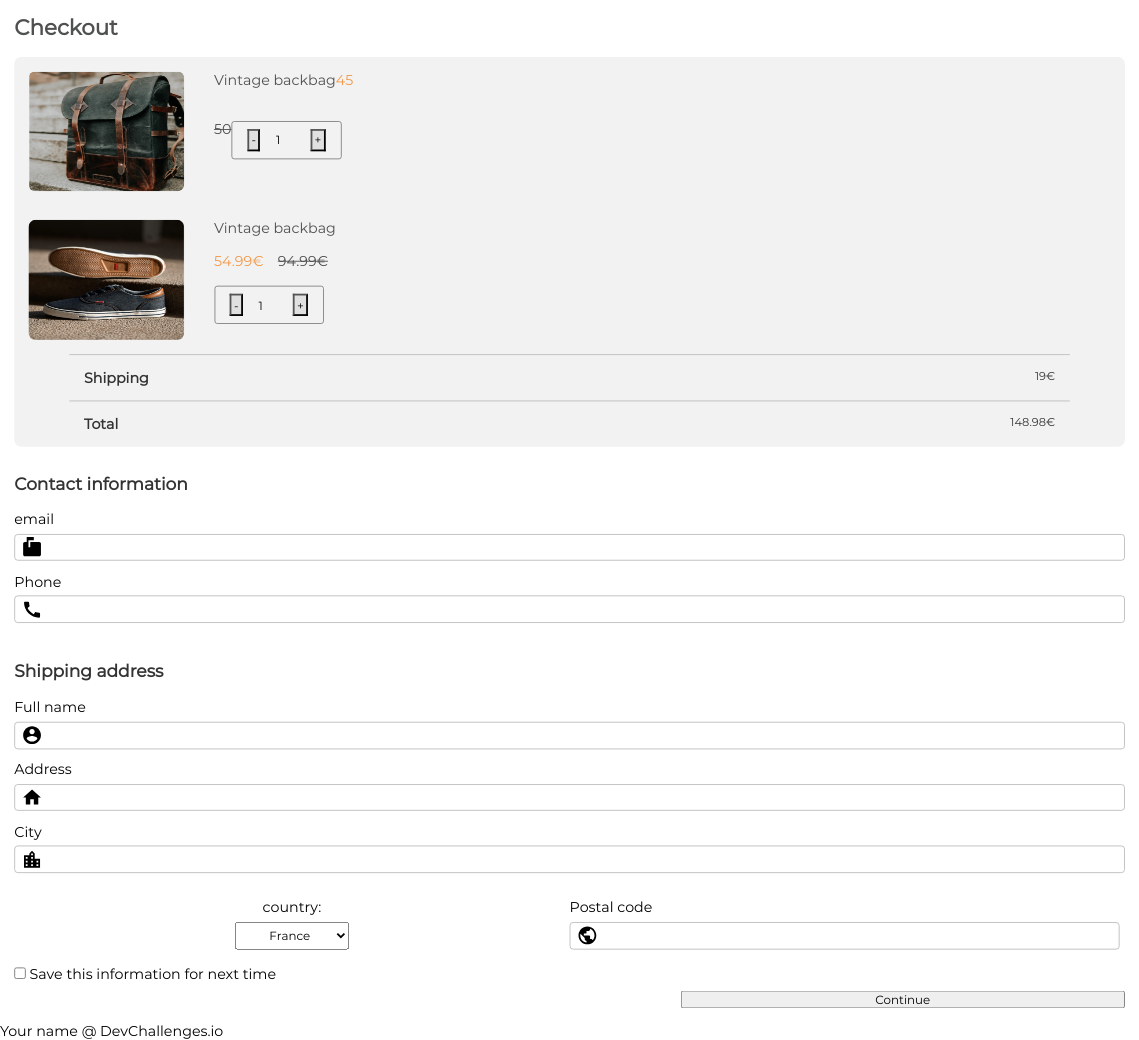
Repository: dubar-jeremy/checkout-page-master
Page: index.html
The author's editor kept a copy of each file at every save. The page is drawn from the files as they stood at one save, then again after the next save.
The browser window is 1280 px wide. The pictures show the whole page, at 89% of full size.
The style sheet was rebuilt from its Sass, Less or Tailwind sources for each picture, by a compiler version that may differ from the author's.

Above is the page before, as saved 2021-01-31 01:34:52.

After the next save:
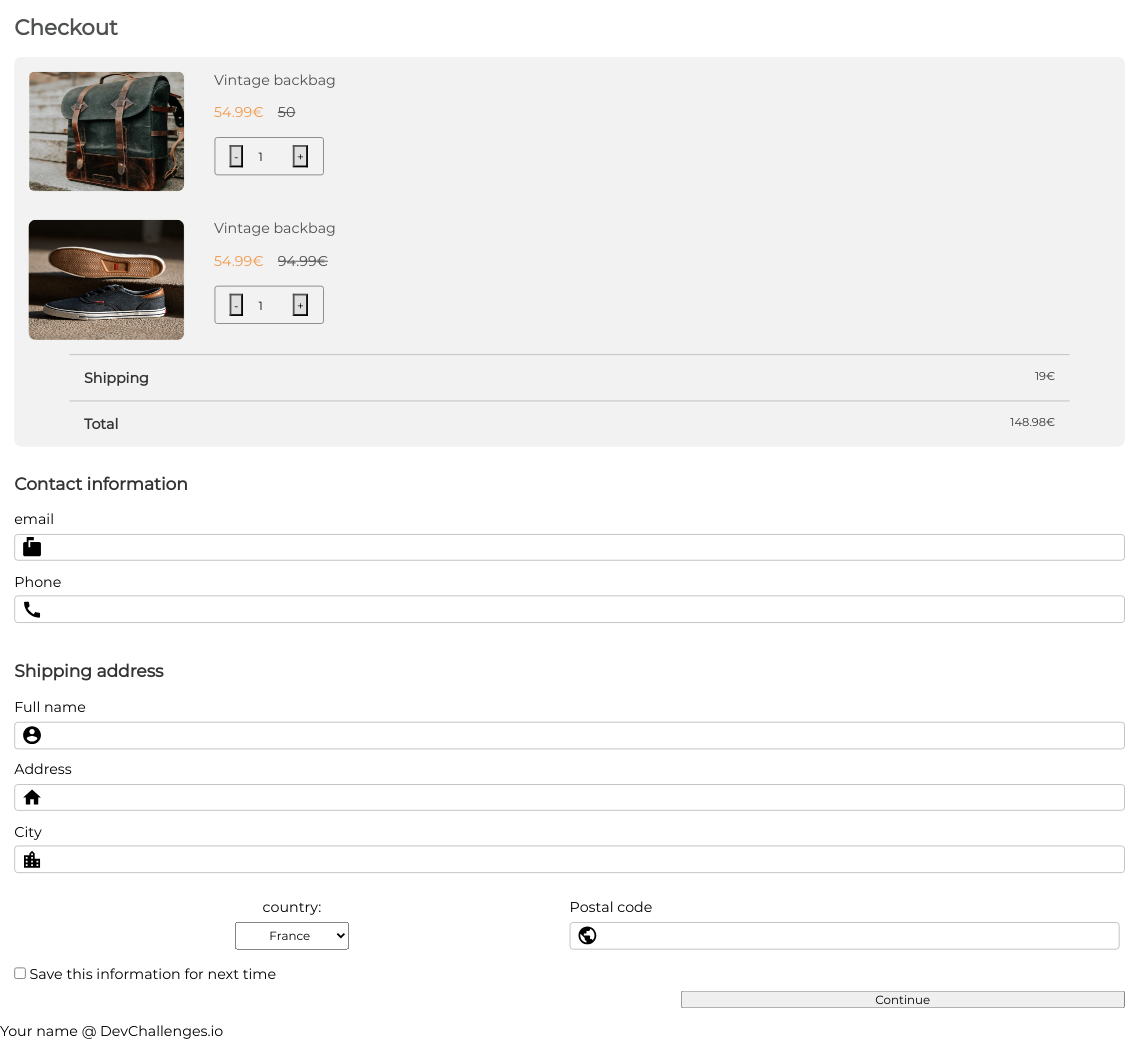
Console error: ReferenceError: Cannot access 'newPrice' before initialization
Saved 89 s later.
--- a/js/form.js
+++ b/js/form.js
@@ -12,8 +12,8 @@
     i++
     let items = document.querySelector(".nbr-value").value = i;
     let qty = parseInt(items);
-    let newPrice = initialPrice * qty;
-    document.querySelector(".old-price").innerHTML = newPrice;
+    let priceBeforeDiscount = initialPrice * qty;
+    document.querySelector(".old-price").innerHTML = priceBeforeDiscount;
     newPrice -= newPrice * 10 / 100;
     document.querySelector(".new-price").innerHTML = newPrice;
 

After the 4 saves that followed:
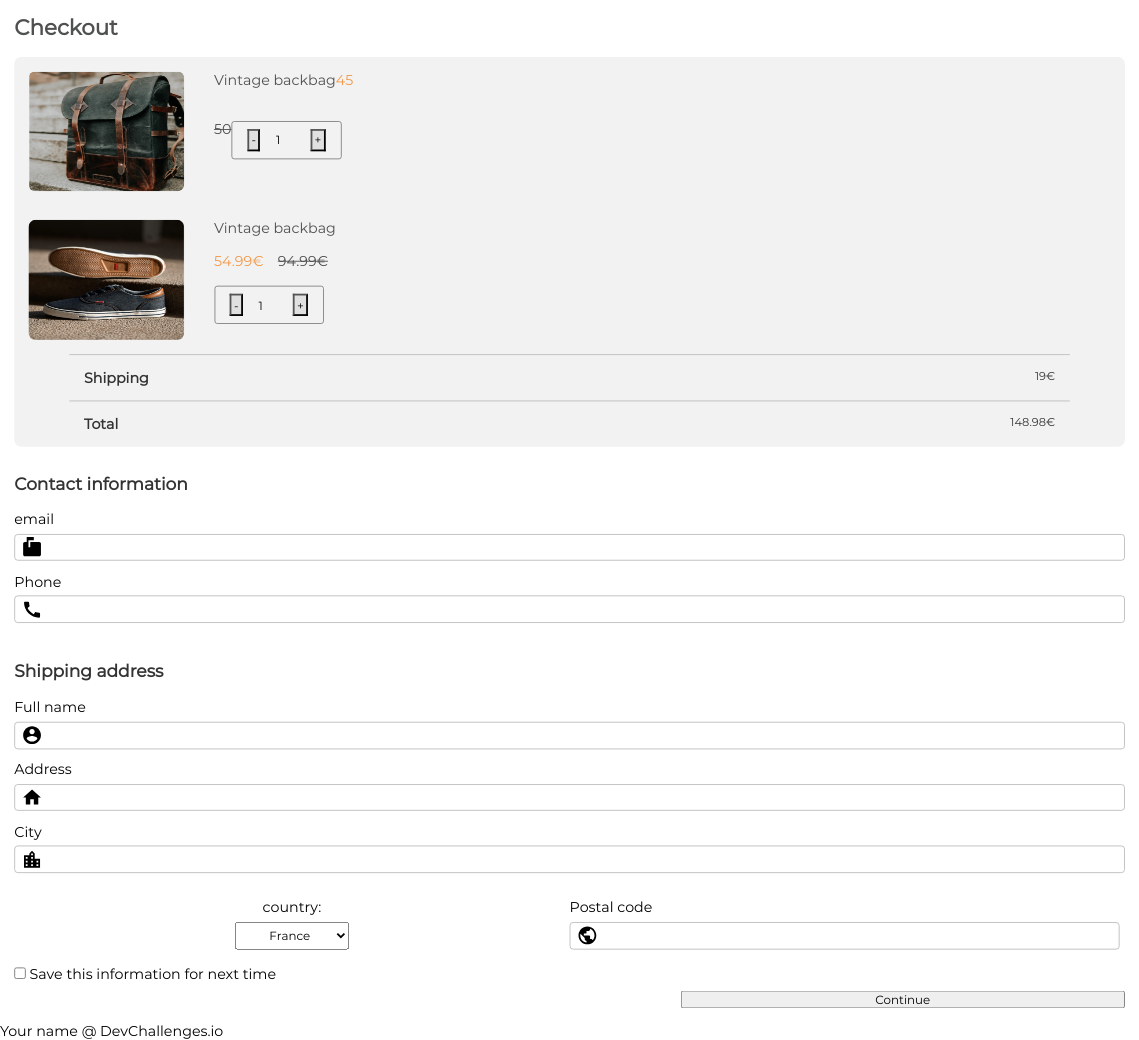
The error is gone.
The 4 saves are shown as one change because 3 left the picture as it was.
The last was saved 2 min 7 s later.
--- a/js/form.js
+++ b/js/form.js
@@ -12,8 +12,8 @@
     i++
     let items = document.querySelector(".nbr-value").value = i;
     let qty = parseInt(items);
-    let priceBeforeDiscount = initialPrice * qty;
-    document.querySelector(".old-price").innerHTML = priceBeforeDiscount;
+    let newPrice = initialPrice * qty;
+    document.querySelector(".old-price").innerHTML = newPrice;
     newPrice -= newPrice * 10 / 100;
     document.querySelector(".new-price").innerHTML = newPrice;
 
